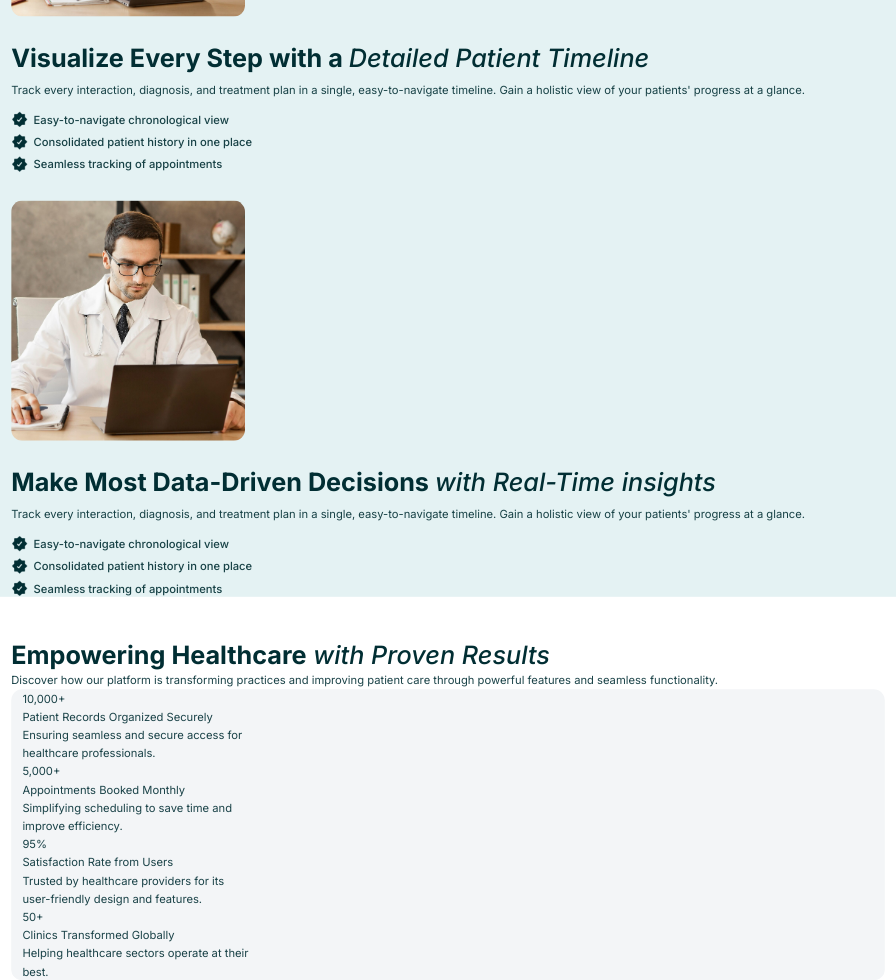
Repository: DiegoWWeege/recuperacao-prova-front-end
Page: index.html
These files come from the project's save history. The page is drawn as it stood at one moment and after the next save; the edit follows.
The browser window is 1280 px wide. The pictures show the part of the page from y = 1912 to 3832 px (the page is 3312 px tall before and 3832 px after), at 70% of full size.

Above is the page before, as saved 2026-06-22 18:51:35.

After the next save:
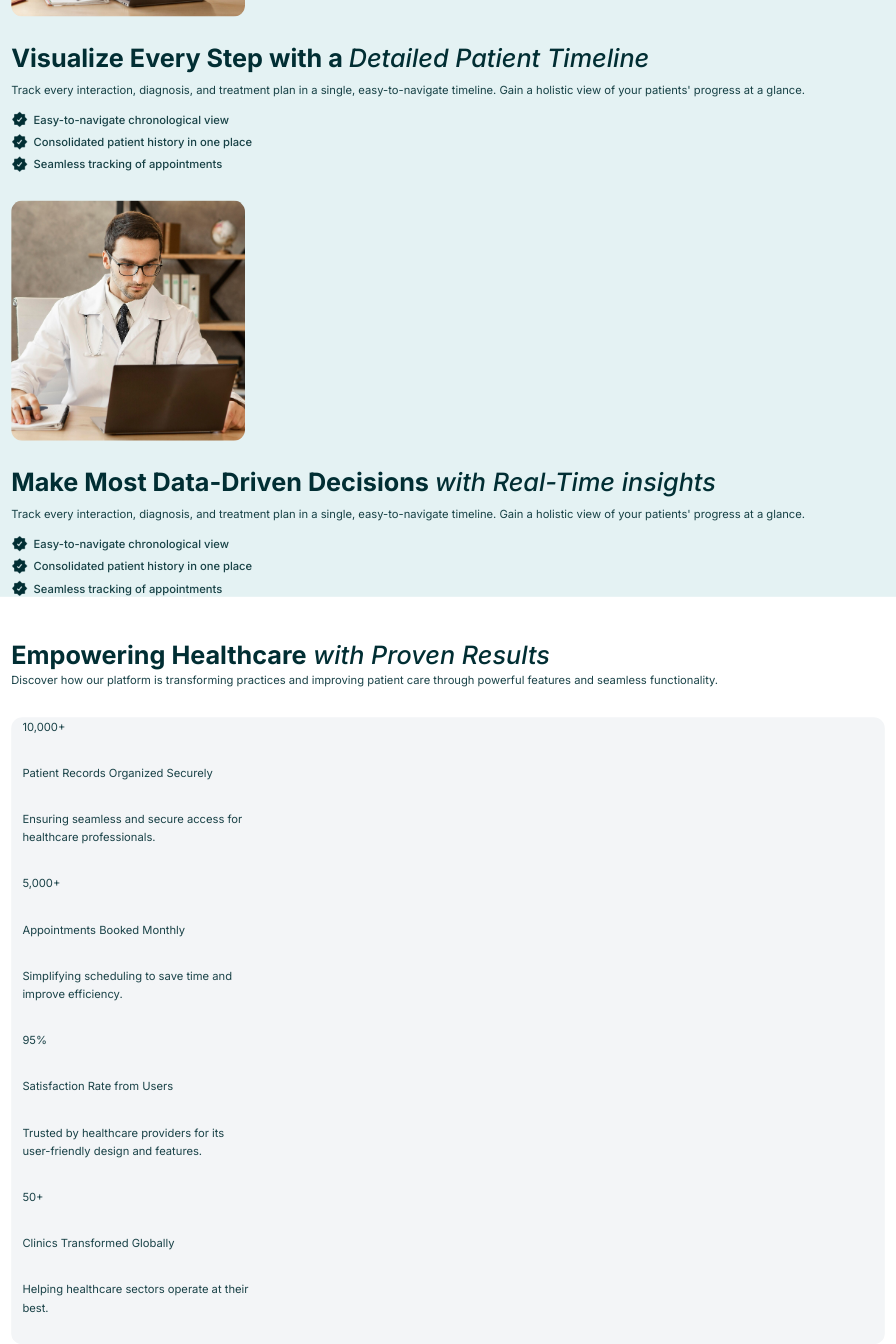
Saved 2 s later.
--- a/style.css
+++ b/style.css
@@ -186,7 +186,7 @@ header section{
     font-size: 16px;
     line-height: 26px;
     color: #012E33E5;
-    margin-bottom: ;
+    margin-bottom: 2.5rem;
 
 }
 .section-empowering-healthcare .boxes-grid{
